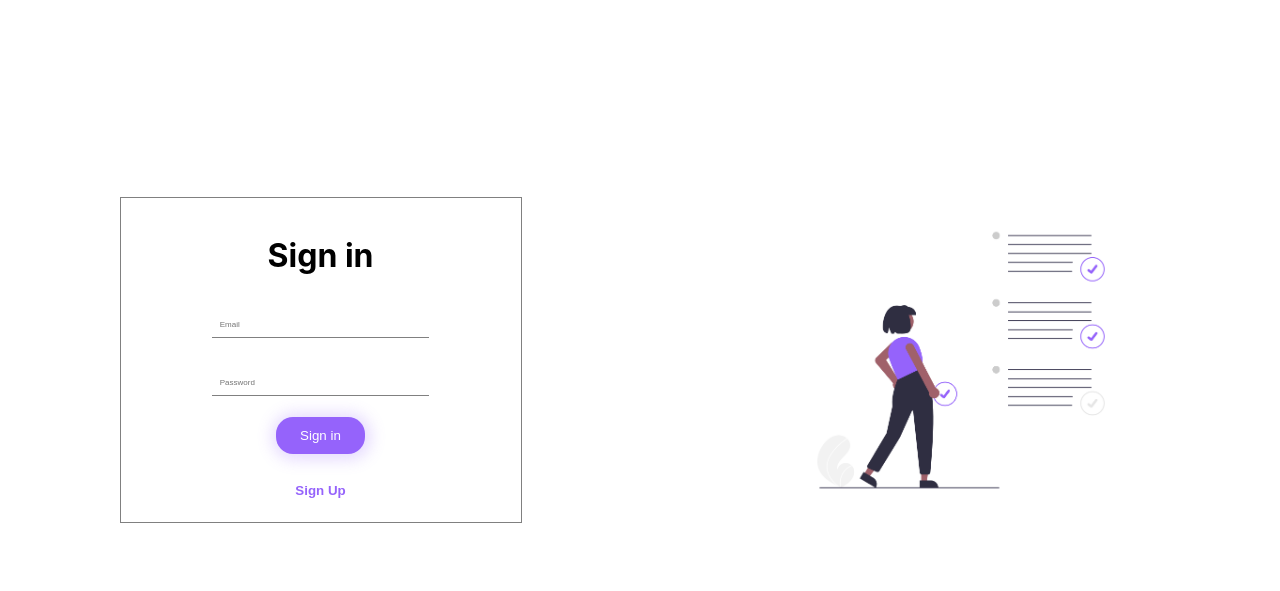
Repository: EEOOOO/wanted-pre-onboarding-fe
Page: / (app in to-do-list-app/)
The author's editor kept a copy of each file at every save. The page is drawn from the files as they stood at one save, then again after the next save.
The browser window is 1280 px wide. The pictures show the whole page.
The project was rebuilt for these pictures with package versions that can differ from the ones it lists, and the page was loaded fresh each time. Also part of the build but not shown: to-do-list-app/src/components/sign_up/sign_up.module.css, to-do-list-app/src/components/sign_up/sign_up.jsx, to-do-list-app/src/components/todoList/todo_list.jsx.

Above is the page before, as saved 2022-08-22 00:39:52.

After the next save:
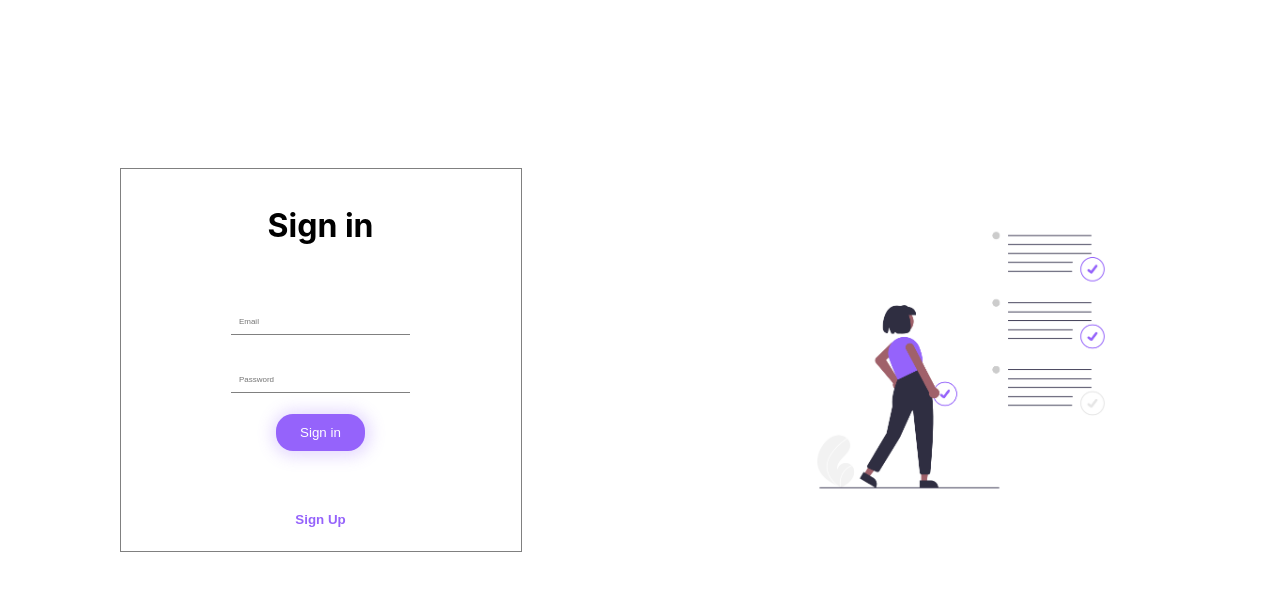
Saved 6 s later.
--- a/to-do-list-app/src/components/login_input_form/login_input_form.module.css
+++ b/to-do-list-app/src/components/login_input_form/login_input_form.module.css
@@ -1,5 +1,5 @@
 .inputForm {
-  margin: 1rem;
+  margin: 3rem;
 }
 .email,
 .password {
